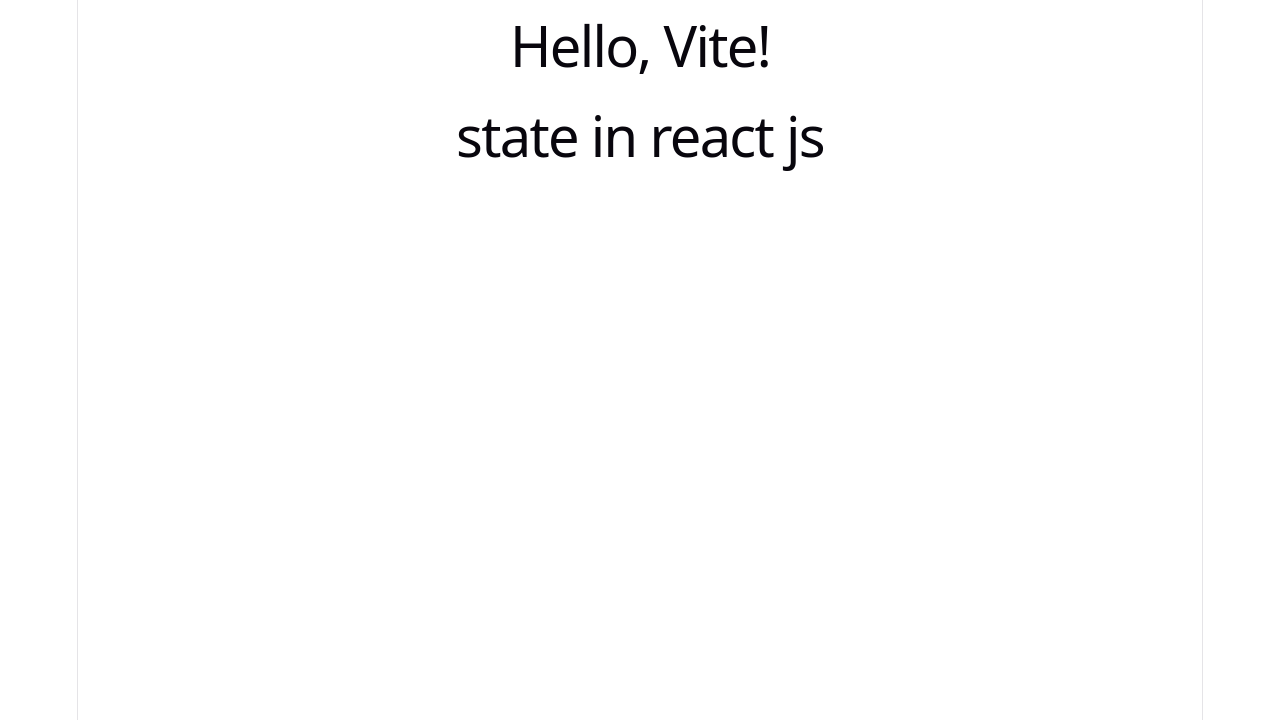
Repository: Gulzarokz/React_Course_Review
Page: / (app in vite-Project/)
These files come from the project's save history. The page is drawn as it stood at one moment and after the next save; the edit follows.
The browser window is 1280 px wide. The pictures show the whole page.
The project was rebuilt for these pictures with package versions that can differ from the ones it lists, and the page was loaded fresh each time. Also part of the build but not shown: vite-Project/vite.config.js, vite-Project/src/App.css.

Above is the page before, as saved 2026-04-16 11:45:38.

### vite-Project/index.html
<!doctype html>
<html lang="en">
  <head>
    <meta charset="UTF-8" />
    <link rel="icon" type="image/svg+xml" href="/favicon.svg" />
    <meta name="viewport" content="width=device-width, initial-scale=1.0" />
    <title>vite-project</title>
  </head>
  <body>
    <div id="root"></div>
    <script type="module" src="/src/main.jsx"></script>
  </body>
</html>

### vite-Project/src/index.css
:root {
  --text: #6b6375;
  --text-h: #08060d;
  --bg: #fff;
  --border: #e5e4e7;
  --code-bg: #f4f3ec;
  --accent: #aa3bff;
  --accent-bg: rgba(170, 59, 255, 0.1);
  --accent-border: rgba(170, 59, 255, 0.5);
  --social-bg: rgba(244, 243, 236, 0.5);
  --shadow:
    rgba(0, 0, 0, 0.1) 0 10px 15px -3px, rgba(0, 0, 0, 0.05) 0 4px 6px -2px;

  --sans: system-ui, 'Segoe UI', Roboto, sans-serif;
  --heading: system-ui, 'Segoe UI', Roboto, sans-serif;
  --mono: ui-monospace, Consolas, monospace;

  font: 18px/145% var(--sans);
  letter-spacing: 0.18px;
  color-scheme: light dark;
  color: var(--text);
  background: var(--bg);
  font-synthesis: none;
  text-rendering: optimizeLegibility;
  -webkit-font-smoothing: antialiased;
  -moz-osx-font-smoothing: grayscale;

  @media (max-width: 1024px) {
    font-size: 16px;
  }
}

@media (prefers-color-scheme: dark) {
  :root {
    --text: #9ca3af;
    --text-h: #f3f4f6;
    --bg: #16171d;
    --border: #2e303a;
    --code-bg: #1f2028;
    --accent: #c084fc;
    --accent-bg: rgba(192, 132, 252, 0.15);
    --accent-border: rgba(192, 132, 252, 0.5);
    --social-bg: rgba(47, 48, 58, 0.5);
    --shadow:
      rgba(0, 0, 0, 0.4) 0 10px 15px -3px, rgba(0, 0, 0, 0.25) 0 4px 6px -2px;
  }

  #social .button-icon {
    filter: invert(1) brightness(2);
  }
}

body {
  margin: 0;
}

#root {
  width: 1126px;
  max-width: 100%;
  margin: 0 auto;
  text-align: center;
  border-inline: 1px solid var(--border);
  min-height: 100svh;
  display: flex;
  flex-direction: column;
  box-sizing: border-box;
}

h1,
h2 {
  font-family: var(--heading);
  font-weight: 500;
  color: var(--text-h);
}

h1 {
  font-size: 56px;
  letter-spacing: -1.68px;
  margin: 32px 0;
  @media (max-width: 1024px) {
    font-size: 36px;
    margin: 20px 0;
  }
}
h2 {
  font-size: 24px;
  line-height: 118%;
  letter-spacing: -0.24px;
  margin: 0 0 8px;
  @media (max-width: 1024px) {
    font-size: 20px;
  }
}
p {
  margin: 0;
}

code,
.counter {
  font-family: var(--mono);
  display: inline-flex;
  border-radius: 4px;
  color: var(--text-h);
}

code {
  font-size: 15px;
  line-height: 135%;
  padding: 4px 8px;
  background: var(--code-bg);
}

### vite-Project/src/App.jsx
import './App.css';
import StateInFunctionalComponent from './stateInFunctionalComponent';

function App() {

  return (
    <>
      <h1>Hello, Vite!</h1>
      <StateInFunctionalComponent />

    </>
  )
}

export default App

### vite-Project/src/stateInFunctionalComponent.jsx

import React, { useState } from 'react'

const StateInFunctionalComponent = () => {

    return (
        <div>
            <h1>state in react js</h1>
        </div>
    )
}

export default StateInFunctionalComponent

Loaded but not shown: vite-Project/src/main.jsx (common file)

After the next save:
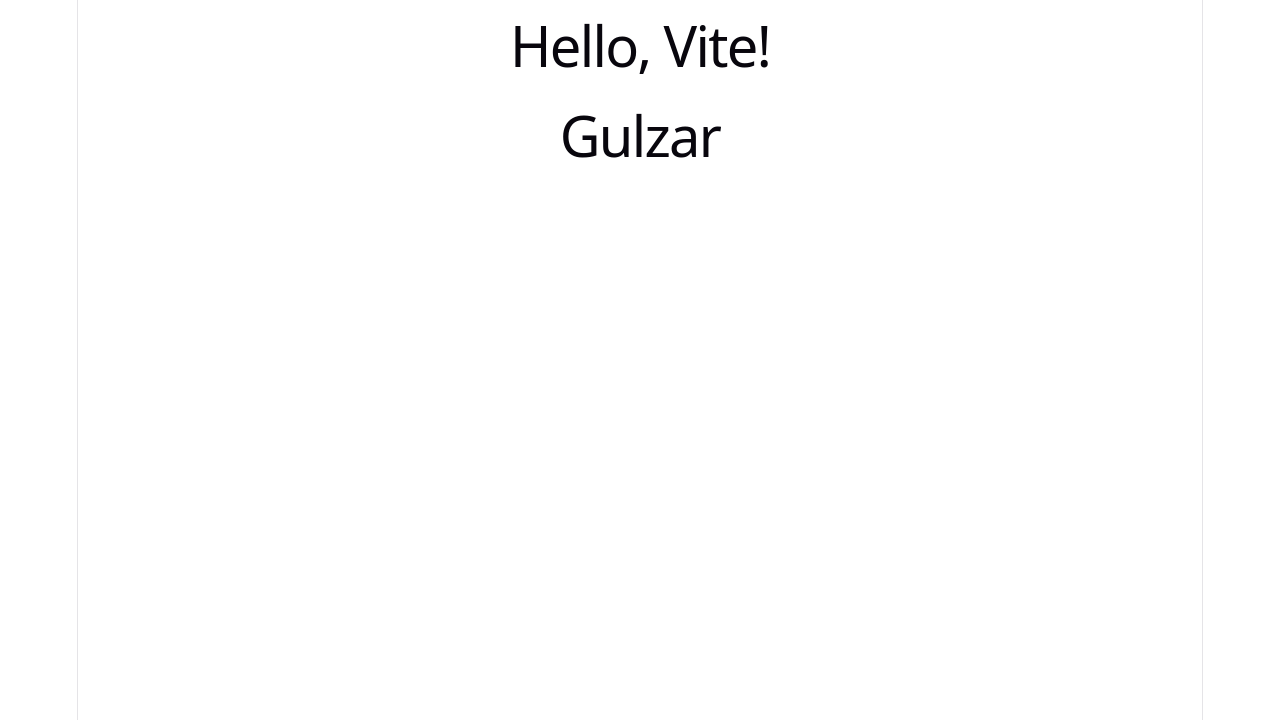
Saved 104 s later.
--- a/vite-Project/src/stateInFunctionalComponent.jsx
+++ b/vite-Project/src/stateInFunctionalComponent.jsx
@@ -2,10 +2,15 @@
 import React, { useState } from 'react'
 
 const StateInFunctionalComponent = () => {
+    const [name, setName] = useState("Gulzar")
+
+    function updateName() {
+        setName("Aiza")
+    }
 
     return (
         <div>
-            <h1>state in react js</h1>
+            <h1>{name}</h1>
         </div>
     )
 }
